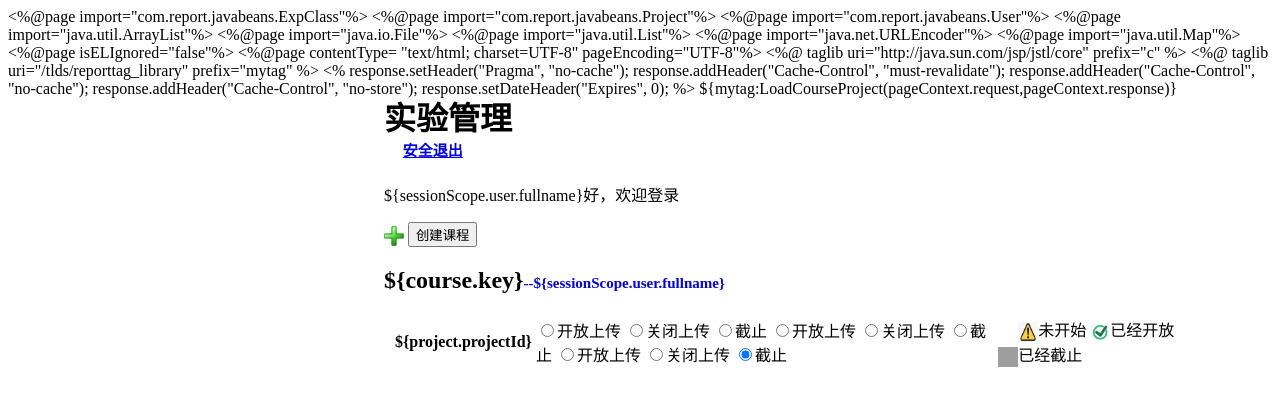
Repository: IAmJiangWenHao/ReportServer
Page: web/demo.html
These files come from the project's save history. The page is drawn as it stood at one moment and after the next save; the edit follows.
The browser window is 1280 px wide. The pictures show the whole page.
Pictures or frames that could not be fetched are drawn as grey boxes.

Above is the page before, as saved 2023-05-19 17:49:25.
Console error: ReferenceError: requests is not defined

### web/demo.html
<%@page import="com.report.javabeans.ExpClass"%>
<%@page import="com.report.javabeans.Project"%>
<%@page import="com.report.javabeans.User"%>
<%@page import="java.util.ArrayList"%>
<%@page import="java.io.File"%>
<%@page import="java.util.List"%>
<%@page import="java.net.URLEncoder"%>
<%@page import="java.util.Map"%>
<%@page isELIgnored="false"%>
<%@page contentType= "text/html; charset=UTF-8" pageEncoding="UTF-8"%>

<%@ taglib uri="http://java.sun.com/jsp/jstl/core" prefix="c" %>
<%@ taglib uri="/tlds/reporttag_library" prefix="mytag" %>
<!--script type="text/javascript" src="${pageContext.request.contextPath}/script/scriptV1.js?v=1.0"></script-->
<!DOCTYPE html>
<html>
  <%
    response.setHeader("Pragma", "no-cache");
    response.addHeader("Cache-Control", "must-revalidate");
    response.addHeader("Cache-Control", "no-cache");
    response.addHeader("Cache-Control", "no-store");
    response.setDateHeader("Expires", 0);
  %>
  <head>
    <meta http-equiv="Content-Type" content="text/html; charset=UTF-8">
    <title>实验上传系统 </title>

  </head>

  <body>
    ${mytag:LoadCourseProject(pageContext.request,pageContext.response)}
    <script>

      window.onload = function () {//Ajax实现更新项目状态
        var ratios = document.getElementsByTagName("input");//获取所有input（本页面的input只有单选按钮）
        var map = new Map();//记录单选按钮旧值
        for (var i = 0; i < ratios.length; i++) {
          map.set((i + 1).toString(), ratios[i].checked);
          //oninput事件在input的值发生改变时触发，这里监听单选按钮值得改变
          ratios[i].oninput = function () {
            var r = false;
            if (this.value === "deadline") {//是否选择截止
              //是否确认修改
              r = confirm("截止后不可再设置，确定截止？");
            }
            //取消截止
            if (this.value === "deadline" && r === false) {
              var list = document.getElementsByName(this.name);
              for (var j = 0; j < list.length; j++)
                list[j].checked = map.get(list[j].id);
              return;
            }
            ratioName = this.name;
            //确定截止，不允许再更改状态
            if (this.value === "deadline") {
              var list = document.getElementsByName(this.name);
              for (var j = 0; j < list.length; j++)
              {
                list[j].disabled = "disable";
                map.set(list[j].id, list[j].checked);
              }
            } else {
              var list = document.getElementsByName(this.name);
              for (var j = 0; j < list.length; j++)
                map.set(list[j].id, false);
              map.set(this.id, this.checked);
            }
            var formData = new FormData();//FormData 对象
            var course = ratioName.substr(0, ratioName.indexOf("-"));
            var project = ratioName.substr(ratioName.indexOf("-") + 1, ratioName.length - 1);
            //添加KV
            formData.append("project", project);//项目
            formData.append("course", course); //课程名
            formData.append("status", this.value);//状态
            var cell = document.getElementById(this.name);
            //显示实验项目状态提示信息
            cell.innerHTML = "&nbsp;&nbsp;&nbsp;&nbsp;&nbsp;";
            if (this.value === "open")
              cell.innerHTML += "<img style=\"vertical-align: middle;height:20px;width:20px\" src=\"./img/check.jpg\"/>已经开放";
            if (this.value === "close")
              cell.innerHTML += "<img style=\"vertical-align: middle;height:20px;width:20px\" src=\"./img/undone.png\"/>未开始";
            if (this.value === "deadline")
              cell.innerHTML += "<img style=\"vertical-align: middle;height:20px;width:20px\" src=\"./img/deadline.jpg\"/>已截止";
            //1.创建请求对象
            const xhr = new XMLHttpRequest();
            //2.设置请求行，这里用post(get请求数据写在url后面)
            //updateProject.do实现后端更新
            xhr.open("post", getAppPath() + "/updateProject.do");
            //3.设置请求头(get请求可以省略,post不发送数据也可以省略)
            //xhr.setRequestHeader("Content-type","application/x-www-form-urlencoded");
            // 用formData可以不写请求头，写了无法正常上传文件
            //4.请求主体发送(get请求为空，或者写null，post请求数据写在这里，
            //如果没有数据，直接为空或者写null)
            xhr.send(formData);
            //注册回调函数
            xhr.onload = function ()
            {
              if (xhr.readyState === 4)
              {
                if (xhr.status >= 200 && xhr.status <= 300)
                { //判断响应码 2XX 表示成功
                  console.log(xhr.response.toString());
                } else
                  console.log("响应码：" + xhr.status); //状态码
              } else
                console.log(xhr.readyState);
              ;
            };
          };
        }
        ;
      };
    </script>
    <script>
      function getAppPath() {
        //获取当前URL
        var curURL = window.document.location.href;
        //获取主机地址之后的路径部分（就是文件地址）
        var pathName = window.document.location.pathname;
        var pos = curURL.indexOf(pathName);
        //获取应用地址
        var host = curURL.substring(0, pos);
        //获取带"/"的应用名，如：/***
        var webAppName = pathName.substring(0, pathName.substr(1).indexOf('/') + 1);
        return host + webAppName;
      }
    </script>
    <script>
        session = requests.session ()
      var isIE = /msie/i.test(navigator.userAgent) && !window.opera;
      function fileChange(target, type) {
        var fileSize = 0;
        var filepath = target.value;
        var filemaxsize = 1024 * 5;//5M
        var flag = -1;
        if (filepath) {
          var fileend = filepath.substring(filepath.lastIndexOf("."));
          // alert(fileend);
          if (type && type.length > 0) {
            //alert(fileend.indexOf(type));
            if (fileend !== ".xlsx") {
              alert("只接受xlsx类型的文件！");
              target.value = "";
              return false;
            }
          }
        } else {
          return false;
        }
        if (isIE && !target.files) {
          var filePath = target.value;
          var fileSystem = new ActiveXObject("Scripting.FileSystemObject");
          if (!fileSystem.FileExists(filePath)) {
            alert("附件不存在，请重新输入！");
            return false;
          }
          var file = fileSystem.GetFile(filePath);
          fileSize = file.Size;
        } else {
          fileSize = target.files[0].size;
        }

        var size = fileSize / 1024;
        if (size > filemaxsize) {
          alert("附件大小不能大于" + filemaxsize / 1024 + "M！");
          target.value = "";
          return false;
        }
        if (size <= 0) {
          alert("附件大小不能为0M！");
          target.value = "";
          return false;
        }
      }
      function Check()
      {
        for (var i = 0; i < document.form1.elements.length - 1; i++)
        {
          if (document.form1.elements[i].value === "")
          {
            alert("不可空！");
            document.form1.elements[i].focus();
            return false;
          }
        }
        return true;
      }
      function cls() {
        var createCell = document.getElementById("createCourse");
        createCell.innerHTML = "";
      }

      function createCourse() {
        var createCell = document.getElementById("createCourse");
        createCell.innerHTML = "<form action=\"../uploadCourseServlet\" enctype=\"multipart/form-data\" method=\"post\" name=\"form1\" onSubmit=\"return Check()\"><table></tr><tr> <td>建课模板：</td><td><a href=\"实验课模板.xlsx\">下载</a></td></tr><tr><td>课程名：</td><td><input style=\" font-size:16px\" type=\"text\" name=\"courseName\" size=\"20\"/>(例：程序设计实验)</td></tr><tr><td>班级：</td><td><input style=\" font-size:16px\" type=\"text\" name=\"className\" size=\"20\"/>(例:信安201)</td></tr><tr> <td>文件：</td><td><input style=\" font-size:16px\" type=\"file\" name=\"file\" size=\"40\" id=\"fup\" onchange=\'fileChange(this,\".xlsx\");\'/></td><tr><td style=\"height:50px;\" align=\"right\" ><input style=\" font-size:16px\" type=\"submit\" value=\"提交\" size='30'/> </td><td align=\"left\"><input style=\" font-size:16px\" type=\"button\" value=\"关闭\" size='30' onclick=\"cls()\"/> </td></tr></table></form>";
      };
              backremove = function(){
           console.log(hhhhh);
       };
    </script>
    <div style=" width: 800px;height:800px;position: absolute;top: 10%;left: 30%;">
      <h1><div color="black"> 实验管理</div><div style="font-size:15px;color:red">&nbsp;&nbsp;&nbsp;&nbsp; <a href="exit.jsp">安全退出</a></font></h1>
      <p>${sessionScope.user.fullname}好，欢迎登录</p>
      <p>
        <img style="vertical-align: middle;height:20px" alt="" width="20" src="./img/new.jpg"/>
        <input type="button" value="创建课程" onclick="createCourse()">
      <div id="createCourse">

      </div>
    </p>


    <c:forEach var="course" items="${sessionScope.courseData}" varStatus="statusCourse">
      <h2> ${course.key}<font style="font-size:15px;color:blue">--${sessionScope.user.fullname}</font></h2><p>
      <table>
        <c:forEach var="project" items="${course.value}" varStatus="statusProject">
          <tr style=" height: 30px;border: 1px">
            <td>&nbsp;&nbsp;<b>${project.projectId}</b></td>
            <td><!-- 3.一组单选按钮 radio（同name），只能选一个
                     request.getParameter("***")-->
              <c:if test="${project.state==0}">
                <input type="radio" id="${"course".concat(statusCourse.count).concat(statusProject.count).concat(1)}"  name="${course.key.concat("-").concat(project.projectId)}" value="open">开放上传
                <input type="radio" id="${"course".concat(statusCourse.count).concat(statusProject.count).concat(1)}"  name="${course.key.concat("-").concat(project.projectId)}" value="close" checked="true">关闭上传
                <input type="radio" id="${"course".concat(statusCourse.count).concat(statusProject.count).concat(1)}"  name="${course.key.concat("-").concat(project.projectId)}" value="deadline">截止
              </c:if>
              <c:if test="${project.state==1}">
                <input type="radio" id="${"course".concat(statusCourse.count).concat(statusProject.count).concat(1)}"  name="${course.key.concat("-").concat(project.projectId)}" value="open" checked="true">开放上传
                <input type="radio" id="${"course".concat(statusCourse.count).concat(statusProject.count).concat(1)}"  name="${course.key.concat("-").concat(project.projectId)}" value="close" >关闭上传
                <input type="radio" id="${"course".concat(statusCourse.count).concat(statusProject.count).concat(1)}"  name="${course.key.concat("-").concat(project.projectId)}" value="deadline">截止
              </c:if>
              <c:if test="${project.state==2}">
                <input type="radio" id="${"course".concat(statusCourse.count).concat(statusProject.count).concat(1)}"  name="${course.key.concat("-").concat(project.projectId)}" value="open">开放上传
                <input type="radio" id="${"course".concat(statusCourse.count).concat(statusProject.count).concat(1)}"  name="${course.key.concat("-").concat(project.projectId)}" value="close" >关闭上传
                <input type="radio" id="${"course".concat(statusCourse.count).concat(statusProject.count).concat(1)}"  name="${course.key.concat("-").concat(project.projectId)}" value="deadline" checked="true">截止
              </c:if>
            </td>
            <td id="${course.key.concat("-").concat(project.projectId)}">&nbsp;&nbsp;&nbsp;&nbsp;
              <c:if test="${project.state==0}" >
                <img style="vertical-align: middle;height:20px;width:20px" alt="" src="../img/undone.png"/>未开始
              </c:if>
              <c:if test="${project.state==1}" >
                <img style="vertical-align: middle;height:20px;width:20px" alt="" src="../img/check.jpg"/>已经开放
              </c:if>
              <c:if test="${project.state==2}" >
                <img style="vertical-align: middle;height:20px;width:20px" alt="" src="../img/deadline.png"/>已经截止
              </c:if>
            </td>
          </tr>
        </c:forEach>
      </table>
    </c:forEach>
  </div>
</body>
</html>

After the next save:
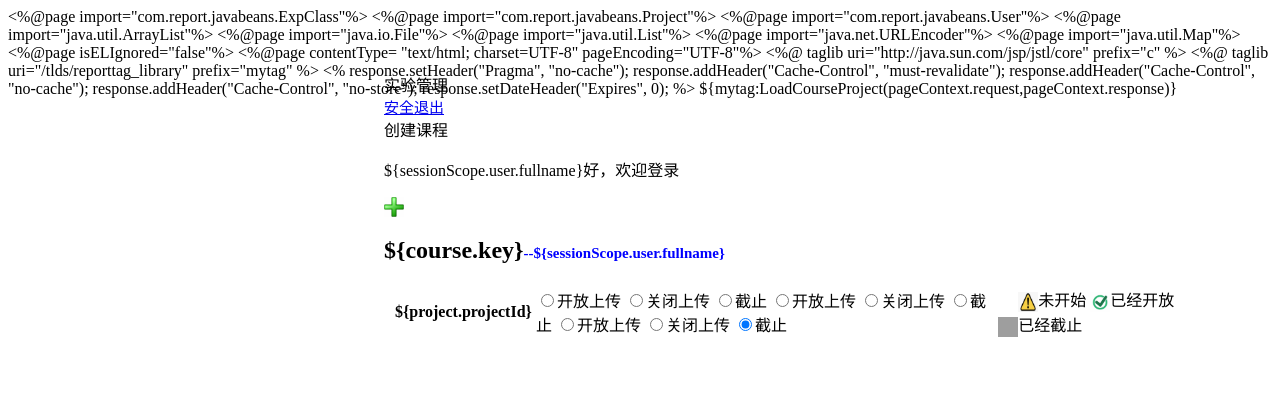
Saved 100 s later.
--- a/web/demo.html
+++ b/web/demo.html
@@ -199,11 +199,14 @@
        };
     </script>
     <div style=" width: 800px;height:800px;position: absolute;top: 10%;left: 30%;">
-      <h1><div color="black"> 实验管理</div><div style="font-size:15px;color:red">&nbsp;&nbsp;&nbsp;&nbsp; <a href="exit.jsp">安全退出</a></font></h1>
+      <div><div color="black"> 实验管理</div>
+        <div style="font-size:15px;color:red"><a href="exit.jsp">安全退出</a></div>
+        <div onclick="createCourse()">创建课程</div>
+      </div>
       <p>${sessionScope.user.fullname}好，欢迎登录</p>
       <p>
         <img style="vertical-align: middle;height:20px" alt="" width="20" src="./img/new.jpg"/>
-        <input type="button" value="创建课程" onclick="createCourse()">
+
       <div id="createCourse">
 
       </div>
